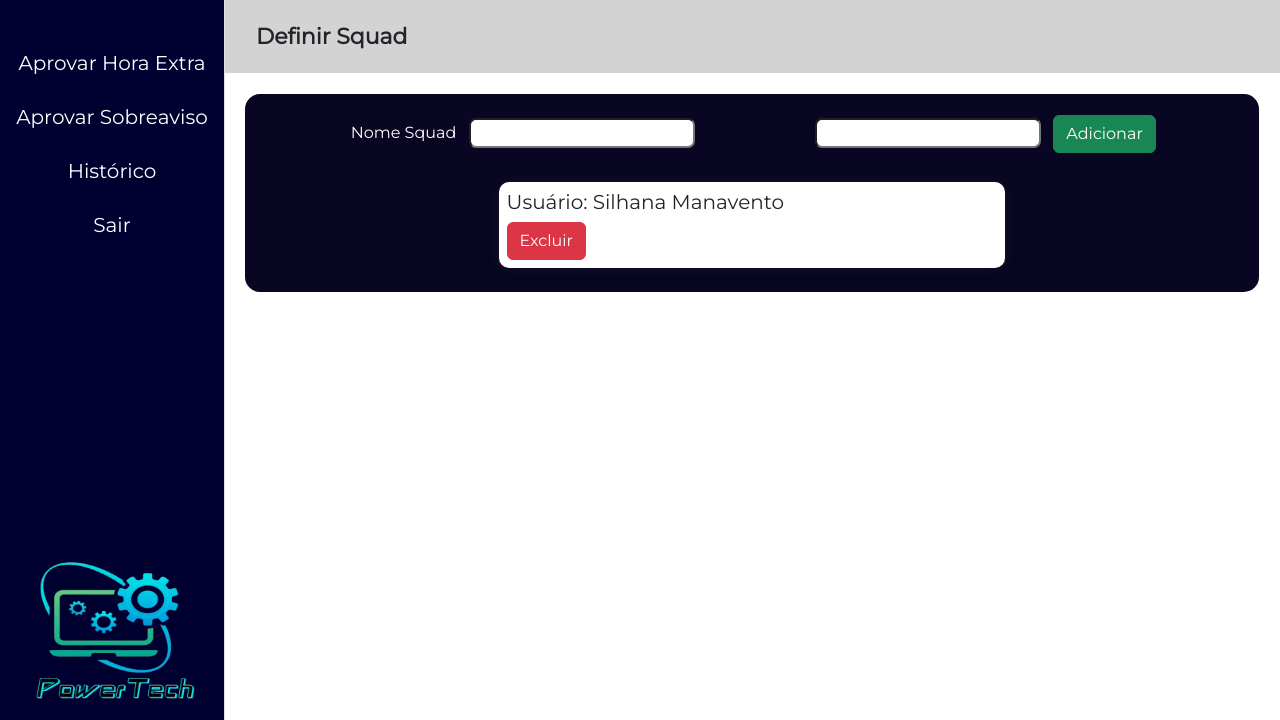
Repository: PowerTech-Fatec/API-2RP-NET
Page: /adm/squad (app in Sprint 3/2rp-web/)
The author's editor kept a copy of each file at every save. The page is drawn from the files as they stood at one save, then again after the next save.
The browser window is 1280 px wide. The pictures show the whole page.
The project was rebuilt for these pictures with package versions that can differ from the ones it lists, and the page was loaded fresh each time. Also part of the build but not shown: Sprint 3/2rp-web/src/pages/login/login.js, Sprint 3/2rp-web/src/pages/home/dashboard.js, Sprint 3/2rp-web/src/pages/home/sobreaviso/sobreaviso.css, Sprint 3/2rp-web/src/pages/home/sobreaviso/sobreaviso.js, Sprint 3/2rp-web/src/pages/home/hora-extra/hora-extra.css, Sprint 3/2rp-web/src/pages/home/hora-extra/hora-extra.js, Sprint 3/2rp-web/src/components/cards/Cards.js, Sprint 3/2rp-web/src/pages/home/gestor/aprovar-hora-extra/gestor.js and 3 more.

Above is the page before, as saved 2022-11-02 16:47:18.

After the next save:
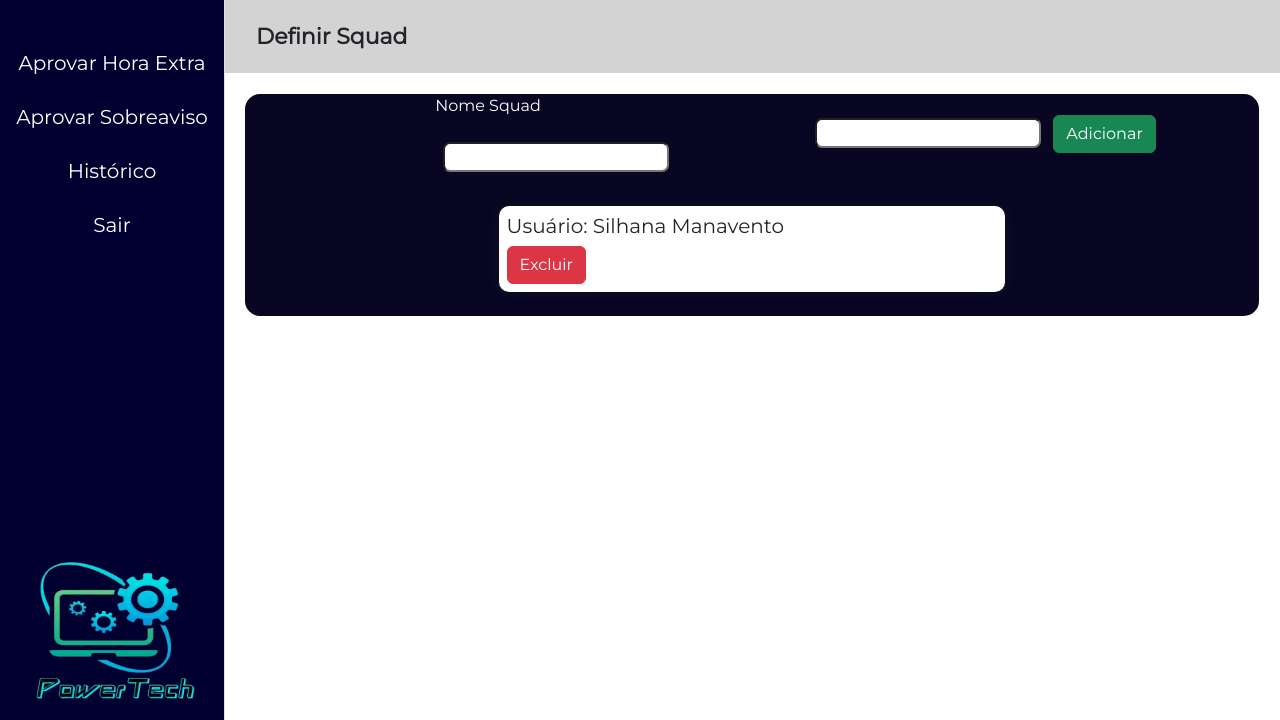
Saved 8 s later.
--- a/Sprint 3/2rp-web/src/pages/home/adm/squad/def-squad.js
+++ b/Sprint 3/2rp-web/src/pages/home/adm/squad/def-squad.js
@@ -16,7 +16,7 @@ function Squad() {
 
             <div>
             <div className="col-12 d-flex justify-content-around">
-            <div className="col-5 offset-1">
+            <div className="col-4 offset-2">
             <span>
             <label className="font">Nome Squad</label> <input className="squad-name mt-4 mb-4 ml-2"></input>
             </span>
